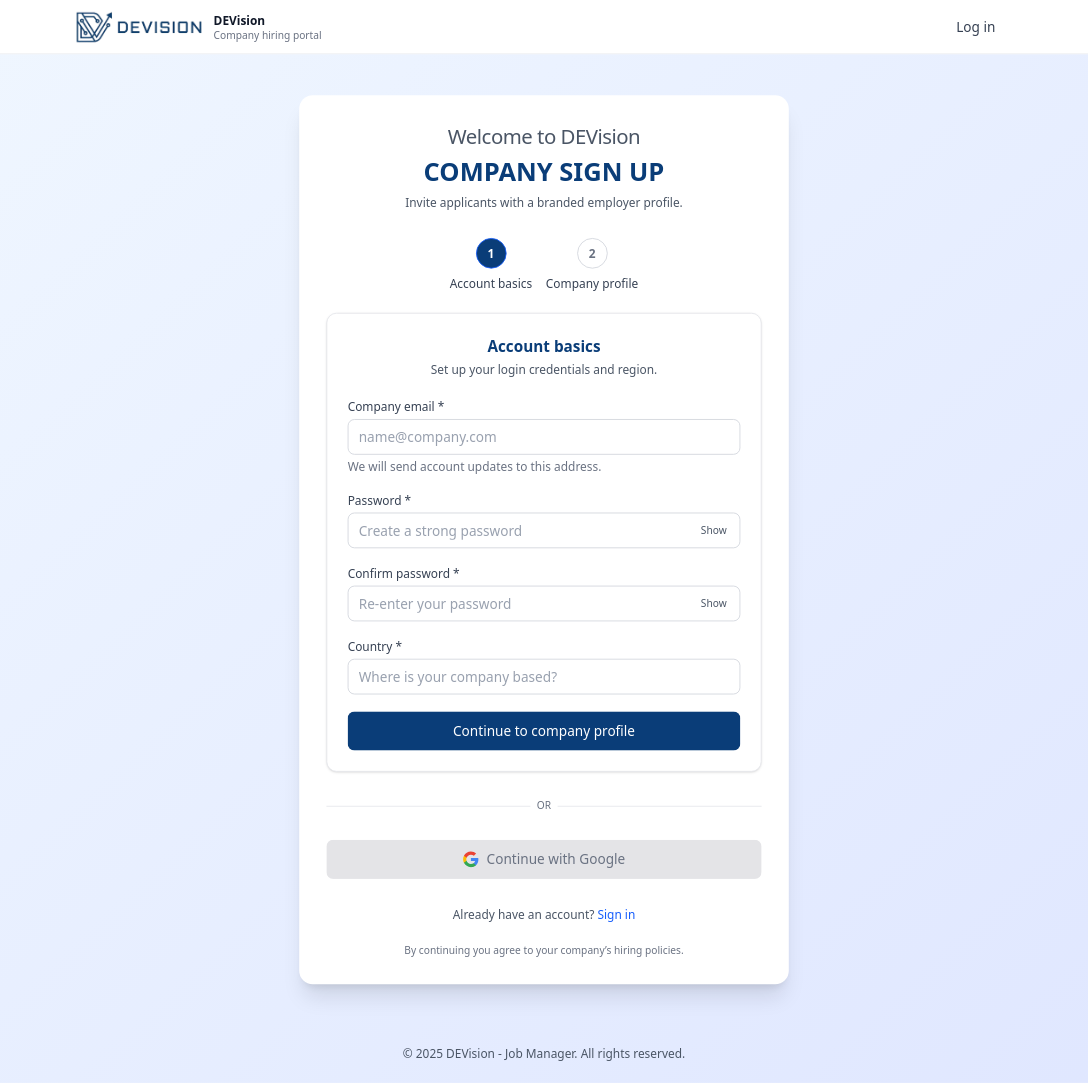
Repository: ISYS3461-2025C-Mulan-DEVision/JobManager_FE
Page: /register
The author's editor kept a copy of each file at every save. The page is drawn from the files as they stood at one save, then again after the next save.
The browser window is 1280 px wide. The pictures show the whole page, at 85% of full size.
The page's requests for data from a server got no answer. The project was rebuilt for these pictures with package versions that can differ from the ones it lists, and the page was loaded fresh each time. No one was signed in, and anything a server would have sent is missing. Also part of the build but not shown: vite.config.js, src/components/ui/Card/Card.tsx, src/components/ui/Spinner/Spinner.tsx, src/components/ui/Alert/Alert.tsx, src/pages/Home.tsx, src/components/headless/Table/Table.tsx, src/components/headless/Modal/Modal.tsx, src/components/feature/Authentication/CompanyLogin/CompanyLoginForm.tsx and 4 more.

Above is the page before, as saved 2025-12-12 16:44:20.

### index.html
<!doctype html>
<html lang="en">
  <head>
    <meta charset="UTF-8" />
    <link rel="icon" type="image/svg+xml" href="/logo/logo-icon.png" />
    <meta name="viewport" content="width=device-width, initial-scale=1.0" />
    <title>jobmanager-fe</title>
  </head>
  <body>
    <div id="root"></div>
    <script type="module" src="/src/main.jsx"></script>
  </body>
</html>

### src/main.tsx
import React, { StrictMode } from "react";
import { createRoot } from "react-dom/client";
import "./index.css";
import { BrowserRouter } from "react-router-dom";
import App from "./App.js";
import { Provider } from "react-redux";
import store from "./store/index.js";

const container = document.getElementById("root")!;
if (!container) {
    throw new Error("Root container not found");
} else {
    createRoot(container).render(
        <StrictMode>
            <Provider store={store}>
                <BrowserRouter>
                    <App />
                </BrowserRouter>
            </Provider>
        </StrictMode>,
    );
}

### src/index.css
@import "tailwindcss";

@theme {
  --color-heading: #0A3D78;
  --color-dark-blue: #1E293B;
  --color-background: #F8FAFC;
  --color-filled-button: #0A3D78;
}

html,
body {
    height: 100%;
}

:root {
    font-family: system-ui, -apple-system, Segoe UI, Roboto, Helvetica, Arial, sans-serif;
    line-height: 1.5;
    font-weight: 400;
    font-synthesis: none;
    text-rendering: optimizeLegibility;
    -webkit-font-smoothing: antialiased;
    -moz-osx-font-smoothing: grayscale;
}

body {
    margin: 0;
    min-width: 320px;
    min-height: 100vh;
    background: var(--color-background-color);
    color: #0f172a;
}


/* button {
    border-radius: 8px;
    border: 1px solid transparent;
    padding: 0.6em 1.2em;
    font-size: 1em;
    font-weight: 500;
    font-family: inherit;
    background-color: #1a1a1a;
    cursor: pointer;
    transition: border-color 0.25s;
}
button:hover {
    border-color: #646cff;
}
button:focus,
button:focus-visible {
    outline: 4px auto -webkit-focus-ring-color;
} */

### src/App.tsx
import { Routes, Route } from "react-router-dom";
import Home from "./pages/Home";
import LoginPage from "./pages/LoginPage";
import RegistrationPage from "./pages/RegistrationPage";
import AppHeader from "./components/common/AppHeader";

function App() {
    return (
        <div className="min-h-screen bg-background">
            <AppHeader />
            <main>
                <Routes>
                    <Route path="/" element={<Home />} />
                    <Route path="/login" element={<LoginPage />} />
                    <Route path="/register" element={<RegistrationPage />} />
                </Routes>
            </main>
        </div>
    );
}

export default App;

### src/store/index.ts
import configureStore from "./configureStore";
const store = configureStore();
export default store;

### src/pages/RegistrationPage.tsx
import React from "react";
import { CompanySignup } from "../components/feature/Authentication/CompanySignup";
import AuthLayout from "../layout/AuthLayout";

export default function RegistrationPage() {
    return (
        <AuthLayout>
            <CompanySignup />
        </AuthLayout>
    );
}

### src/components/common/AppHeader.tsx
import { Link, useLocation } from "react-router-dom";
import { Button } from "../ui";

type AppHeaderProps = {
    className?: string;
};

export default function AppHeader({ className }: AppHeaderProps) {
    const location = useLocation();

    const pathname = location.pathname;
    const onLogin = pathname === "/login";
    const onRegister = pathname === "/register";

    return (
        <header className={className ?? ""}>
            <div className="h-16 border-b border-gray-200 bg-white">
                <div className="mx-auto flex h-full max-w-6xl items-center justify-between px-6">
                    <Link to="/" className="flex items-center gap-3">
                        <img src="/logo/logo.png" alt="DEVision" className="h-9 w-auto" />
                        <div className="leading-tight">
                            <div className="text-sm font-semibold text-gray-900">DEVision</div>
                            <div className="text-xs text-gray-500">Company hiring portal</div>
                        </div>
                    </Link>

                    <nav className="flex items-center gap-3">
                        {!onLogin && (
                            <Link to="/login" className="inline-flex">
                                <Button variant="ghost">Log in</Button>
                            </Link>
                        )}
                        {!onRegister && (
                            <Link to="/register" className="inline-flex">
                                <Button>Get started</Button>
                            </Link>
                        )}
                    </nav>
                </div>
            </div>
        </header>
    );
}

### src/store/configureStore.ts
import { createStore, applyMiddleware, Store } from "redux";
import { createLogger } from "redux-logger";
import createSagaMiddleware from "redux-saga";
import { enableBatching } from "redux-batched-actions";
import createReducer from "./reducers";
import rootSaga from "./saga";

const configureStore = (initialState = {}): Store => {
    const rootReducer = createReducer();
    const sagaMiddleware = createSagaMiddleware();

    const middlewares = [sagaMiddleware];

    const isDev = import.meta.env.VITE_NODE_ENV === "development";

    if (isDev) {
        const loggerMiddleware = createLogger({
            collapsed: () => true,
        });
        (middlewares as any[]).push(loggerMiddleware);
    }

    const store = createStore(
        enableBatching(rootReducer),
        initialState,
        applyMiddleware(...middlewares),
    );

    sagaMiddleware.run(rootSaga);

    return store;
};

export default configureStore;

### src/components/ui/index.ts
// UI Components - Presentational components with styling
export * from "./Button";
export * from "./Input";
export * from "./Card";
export * from "./Spinner";
export * from "./Alert";
export * from "./GoogleLogo";

### src/layout/AuthLayout.tsx
import clsx from 'clsx';
import { ReactNode } from 'react';

interface AuthLayoutProps {
    children: ReactNode;
    sideContent?: ReactNode;
}

const AuthLayout = ({ children, sideContent }: AuthLayoutProps) => {
    const showSplitLayout = Boolean(sideContent);

    return (
        <div className="min-h-[calc(100vh-4rem)] flex flex-col bg-gradient-to-br from-blue-50 to-indigo-100">
            <main
                className={clsx(
                    'flex-1 flex px-4 py-12',
                    showSplitLayout
                        ? 'flex-col gap-10 md:flex-row md:items-center md:justify-between'
                        : 'items-center justify-center'
                )}
            >
                {showSplitLayout && (
                    <div className="hidden md:flex w-full md:w-1/2 justify-start">
                        {sideContent}
                    </div>
                )}

                <div
                    className={clsx(
                        'flex w-full',
                        showSplitLayout ? 'md:w-1/2 justify-end' : 'items-center justify-center'
                    )}
                >
                    <div className="w-full max-w-xl">
                        <div className="bg-white rounded-2xl shadow-xl p-8">
                            {children}
                        </div>
                    </div>
                </div>
            </main>

            <footer className="py-6 px-4">
                <div className="max-w-md mx-auto text-center">
                    <p className="text-sm text-gray-600">
                        © {new Date().getFullYear()} DEVision - Job Manager. All rights reserved.
                    </p>
                </div>
            </footer>
        </div>
    );
};

export default AuthLayout;

### src/components/feature/Authentication/CompanySignup/index.ts
export { CompanySignup } from "./CompanySignup.tsx";
export { CompanySignupForm } from "./CompanySignupForm.tsx";
export type { SignupPayload, SignupResponse, AuthError, SignupMethod } from "./types";

### src/store/reducers.ts
import { combineReducers } from "redux";
import { reducers } from "../redux";
import _ from "lodash";

const appReducer = combineReducers(reducers);
export default function createReducer() {
    const rootReducer = (state, action) => {
        if (action.type === "FORCE_UPDATE_GLOBAL_STATE") {
            return appReducer(_.cloneDeep(action.payload), action as never);
        }
        return appReducer(state, action as never);
    };

    return rootReducer;
}

### src/store/saga.ts
import { all, fork } from "redux-saga/effects";
import { sagas } from "../redux";

export default function* rootSaga() {
    yield all([...Object.values(sagas)].map(fork));
}

### src/components/ui/Button/index.ts
export { Button } from "./Button";
export type { ButtonProps } from "./Button";

### src/components/ui/Input/index.ts
export { Input } from "./Input";
export type { InputProps } from "./Input";

### src/components/ui/Card/index.ts
export { Card, CardHeader, CardBody, CardFooter } from "./Card";
export type { CardProps } from "./Card";

### src/components/ui/Spinner/index.ts
export { Spinner } from "./Spinner";
export type { SpinnerProps } from "./Spinner";

### src/components/ui/Alert/index.ts
export { Alert } from "./Alert";
export type { AlertProps } from "./Alert";

### src/components/ui/GoogleLogo/index.ts
export { GoogleLogo } from "./GoogleLogo";
export type { GoogleLogoProps } from "./GoogleLogo";

### src/components/feature/Authentication/CompanySignup/CompanySignup.tsx
import React from "react";
import { HeadlessForm } from "@/components/headless";
import { CompanySignupForm } from "./CompanySignupForm.tsx";
import { useCompanySignup } from "./hooks/useCompanySignup";
import { SignupPayload } from "./types";
import { validateSignupForm } from "./validation.ts";

export const CompanySignup: React.FC = () => {
    const { signup, isLoading, error } = useCompanySignup();
    const initialValues: SignupPayload = {
        email: "",
        password: "",
        confirmPassword: "",
        country: "",
        companyName: "",
        phoneNumber: "",
        address: "",
        companyLogo: null,
        signupMethod: "credentials",
    };

    return (
        <HeadlessForm<SignupPayload>
            initialValues={initialValues}
            onSubmit={signup}
            validate={validateSignupForm}
            className="w-full"
        >
            {(formProps) => (
                <CompanySignupForm
                    {...formProps}
                    isLoading={isLoading}
                    error={error}
                />
            )}
        </HeadlessForm>
    );
};

### src/redux/index.ts
const loadModules = (modules: Record<string, any>, hasDefault = false) =>
    Object.entries(modules).map(([path, mod]) => {
        const parts = path.split("/");
        return {
            name: parts.at(-1)!.replace(".js", "").toUpperCase(),
            key: parts.at(-2)!,
            data: hasDefault ? mod.default : mod,
        };
    });

const rawActions = loadModules(
    import.meta.glob("./**/actions.ts", { eager: true }),
    true,
);

const rawTypes = loadModules(
    import.meta.glob("./**/types.ts", { eager: true }),
    false,
);

const rawReducers = loadModules(
    import.meta.glob("./**/reducer.ts", { eager: true }),
    true,
);

const rawSagas = loadModules(
    import.meta.glob("./**/saga.ts", { eager: true }),
    false,
);

// Final exports
export const actions = rawActions.reduce((p, e) => ({ ...p, ...e.data }), {});
export const types = rawTypes.reduce((p, e) => ({ ...p, ...e.data }), {});
export const reducers = rawReducers.reduce(
    (p, e) => ({ ...p, [e.key]: e.data }),
    {},
);
export const sagas = rawSagas.reduce((p, e) => ({ ...p, ...e.data }), {});

### src/components/ui/GoogleLogo/GoogleLogo.tsx
import React from "react";
import clsx from "clsx";

export interface GoogleLogoProps {
    size?: "sm" | "md" | "lg";
    className?: string;
}

export const GoogleLogo: React.FC<GoogleLogoProps> = ({
    size = "md",
    className,
}) => {
    const sizeClasses = {
        sm: "w-4 h-4",
        md: "w-5 h-5",
        lg: "w-6 h-6",
    };

    return (
        <svg
            className={clsx(sizeClasses[size], className)}
            viewBox="0 0 24 24"
            xmlns="http://www.w3.org/2000/svg"
        >
            <path
                d="M22.56 12.25c0-.78-.07-1.53-.2-2.25H12v4.26h5.92c-.26 1.37-1.04 2.53-2.21 3.31v2.77h3.57c2.08-1.92 3.28-4.74 3.28-8.09z"
                fill="#4285F4"
            />
            <path
                d="M12 23c2.97 0 5.46-.98 7.28-2.66l-3.57-2.77c-.98.66-2.23 1.06-3.71 1.06-2.86 0-5.29-1.93-6.16-4.53H2.18v2.84C3.99 20.53 7.7 23 12 23z"
                fill="#34A853"
            />
            <path
                d="M5.84 14.09c-.22-.66-.35-1.36-.35-2.09s.13-1.43.35-2.09V7.07H2.18C1.43 8.55 1 10.22 1 12s.43 3.45 1.18 4.93l2.85-2.22.81-.62z"
                fill="#FBBC05"
            />
            <path
                d="M12 5.38c1.62 0 3.06.56 4.21 1.64l3.15-3.15C17.45 2.09 14.97 1 12 1 7.7 1 3.99 3.47 2.18 7.07l3.66 2.84c.87-2.6 3.3-4.53 6.16-4.53z"
                fill="#EA4335"
            />
        </svg>
    );
};

### src/components/headless/index.ts
// Headless Components - Logic without UI
export { HeadlessForm } from "./Form";
export { HeadlessTable } from "./Table";
export { useTable } from "./Table/useTable";
export { HeadlessModal } from "./Modal";

// Types
export * from "./types";
export type { TableColumn } from "./Table/useTable";

### src/components/feature/Authentication/CompanySignup/hooks/useCompanySignup.ts
import { useState } from "react";
import AuthService, { SignupPayload } from "../../api/AuthService.ts";

export const useCompanySignup = () => {
    const [isLoading, setIsLoading] = useState(false);
    const [error, setError] = useState<string | null>(null);

    const signup = async (formData: SignupPayload) => {
        setIsLoading(true);
        setError(null);

        try {
            await AuthService.signupCompany(formData);
            // Handle success (e.g., redirect, store token)
            console.log("Signup successful");
        } catch (err) {
            setError("Failed to sign up. Please try again.");
            console.error(err);
        } finally {
            setIsLoading(false);
        }
    };

    return {
        signup,
        isLoading,
        error,
    };
};

### src/redux/app/actions.ts
import * as types from "./type";

const setLoading = (payload: boolean) => ({ type: types.SET_LOADING, payload });
const setError = (payload: string | null) => ({
    type: types.SET_ERROR,
    payload,
});
const setInitialized = (payload: boolean) => ({
    type: types.SET_INITIALIZED,
    payload,
});
const reset = () => ({ type: types.RESET });

const toggleLoadingAsync = (payload: boolean) => ({
    type: types.TOGGLE_LOADING_ASYNC,
    payload,
});

export default {
    setLoading,
    setError,
    setInitialized,
    reset,
    toggleLoadingAsync,
};

### src/redux/app/reducer.ts
import * as types from "./type";
export interface AppState {
    loading: boolean;
    error: string | null;
    initialized?: boolean;
    test: string;
}

const INITIAL_STATE: AppState = {
    loading: true,
    error: null,
    initialized: false,
    test: "test",
};

type Action = { type: string; payload?: any };

export default function appReducer(
    state: AppState = INITIAL_STATE,
    action: Action,
): AppState {
    switch (action.type) {
        case types.SET_LOADING:
            return { ...state, loading: !!action.payload };
        case types.SET_ERROR:
            return { ...state, error: action.payload ?? null, loading: false };
        case types.SET_INITIALIZED:
            return { ...state, initialized: !!action.payload };
        case types.RESET:
            return { ...INITIAL_STATE };
        default:
            return state;
    }
}

### src/redux/app/saga.ts
import { takeEvery, put, delay } from "redux-saga/effects";
import * as types from "./type";
import actions from "./actions";

function* handleToggleLoading(action: any) {
    yield delay(300);
    yield put(actions.setLoading(action.payload));
}

export function* watchToggleLoading() {
    yield takeEvery(types.TOGGLE_LOADING_ASYNC, handleToggleLoading);
}

### src/components/headless/Form/index.ts
export { HeadlessForm } from "./Form";

### src/components/headless/Table/index.ts
export { HeadlessTable } from "./Table";
export { useTable } from "./useTable";
export type { TableColumn } from "./useTable";

### src/components/headless/Table/useTable.ts
import { useState, useMemo } from "react";

export interface TableColumn<T> {
  key: keyof T;
  header: string;
  render?: (item: T) => React.ReactNode;
}

interface UseTableProps<T> {
  data: T[];
  columns: TableColumn<T>[];
  initialPage?: number;
  pageSize?: number;
}

export const useTable = <T>({
  data,
  initialPage = 1,
  pageSize = 10,
}: UseTableProps<T>) => {
  const [currentPage, setCurrentPage] = useState(initialPage);
  const [sortConfig, setSortConfig] = useState<{
    key: keyof T;
    direction: "asc" | "desc";
  } | null>(null);

  const sortedData = useMemo(() => {
    let sortableItems = [...data];
    if (sortConfig !== null) {
      sortableItems.sort((a, b) => {
        if (a[sortConfig.key] < b[sortConfig.key]) {
          return sortConfig.direction === "asc" ? -1 : 1;
        }
        if (a[sortConfig.key] > b[sortConfig.key]) {
          return sortConfig.direction === "asc" ? 1 : -1;
        }
        return 0;
      });
    }
    return sortableItems;
  }, [data, sortConfig]);

  const paginatedData = useMemo(() => {
    const startIndex = (currentPage - 1) * pageSize;
    return sortedData.slice(startIndex, startIndex + pageSize);
  }, [sortedData, currentPage, pageSize]);

  const totalPages = Math.ceil(data.length / pageSize);

  const requestSort = (key: keyof T) => {
    let direction: "asc" | "desc" = "asc";
    if (
      sortConfig &&
      sortConfig.key === key &&
      sortConfig.direction === "asc"
    ) {
      direction = "desc";
    }
    setSortConfig({ key, direction });
  };

  const goToPage = (page: number) => {
    if (page >= 1 && page <= totalPages) {
      setCurrentPage(page);
    }
  };

  return {
    data: paginatedData,
    sortConfig,
    requestSort,
    currentPage,
    totalPages,
    goToPage,
  };
};

### src/components/headless/Modal/index.ts
export { HeadlessModal } from "./Modal";

### src/components/feature/Authentication/api/AuthService.ts
// import { HttpClient } from "../../../../services/httpClient";

import type { SignupPayload } from "../CompanySignup/types.ts";

export interface LoginPayload {
    email: string;
    password: string;
}

export const loginCompany = async (payload: LoginPayload) => {
    // Replace with actual API endpoint
    // return HttpClient.post('/auth/company/login', payload);

    // Mock implementation for now
    console.log("Logging in company with:", payload);
    return new Promise((resolve) => {
        setTimeout(
            () =>
                resolve({
                    token: "mock-token",
                    user: { name: "Company Admin" },
                }),
            1000,
        );
    });
};

export const signupCompany = async (payload: SignupPayload) => {
    // Replace with actual API endpoint
    // const formData = new FormData();
    // Object.entries(payload).forEach(([key, value]) => {
    //     if (key === "companyLogo" && value instanceof File) {
    //         formData.append(key, value);
    //     } else if (typeof value === "string") {
    //         formData.append(key, value);
    //     }
    // });
    // return HttpClient.post('/auth/company/signup', formData);

    // Mock implementation for now
    const { companyLogo, ...rest } = payload;
    console.log("Signing up company with:", {
        ...rest,
        companyLogo: companyLogo ? companyLogo.name : null,
    });
    return new Promise((resolve) => {
        setTimeout(
            () =>
                resolve({
                    token: "mock-token",
                    user: { name: payload.companyName },
                }),
            1000,
        );
    });
};

const AuthService = {
    loginCompany,
    signupCompany,
};

export default AuthService;

export type { SignupPayload };

### src/redux/app/type.ts
const prefix = "APP/";

export const SET_LOADING = `${prefix}SET_LOADING`;
export const SET_ERROR = `${prefix}SET_ERROR`;
export const SET_INITIALIZED = `${prefix}SET_INITIALIZED`;
export const RESET = `${prefix}RESET`;

// test async action
export const TOGGLE_LOADING_ASYNC = `${prefix}TOGGLE_LOADING_ASYNC`;

Loaded but not shown: src/components/feature/Authentication/CompanySignup/CompanySignupForm.tsx (688 lines, source omitted); src/components/ui/Button/Button.tsx (81 lines, source omitted); src/components/headless/Form/Form.tsx (93 lines, source omitted); src/components/ui/Input/Input.tsx (62 lines, source omitted); src/components/feature/Authentication/CompanySignup/validation.ts (70 lines, source omitted); src/components/headless/types.ts (71 lines, source omitted)

After the next save:
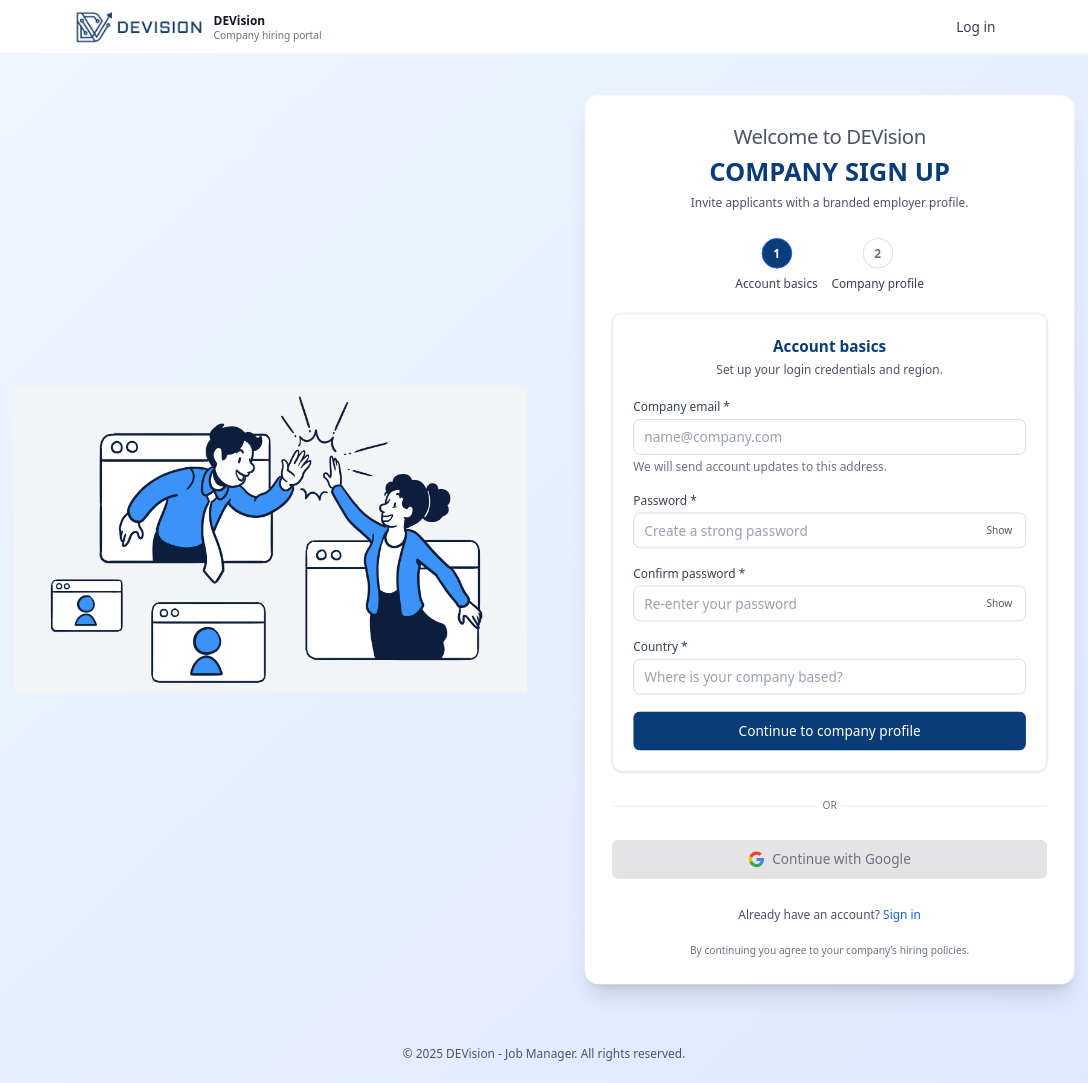
Saved 11 s later.
--- a/src/pages/RegistrationPage.tsx
+++ b/src/pages/RegistrationPage.tsx
@@ -4,7 +4,17 @@
 
 export default function RegistrationPage() {
     return (
-        <AuthLayout>
+        <AuthLayout
+            sideContent={
+                <div className="flex w-full items-center justify-center">
+                    <img
+                        src="/auth/background-login-left.png"
+                        alt="Professionals collaborating during onboarding"
+                        className="max-h-[600px] w-full object-contain"
+                    />
+                </div>
+            }
+        >
             <CompanySignup />
         </AuthLayout>
     );
